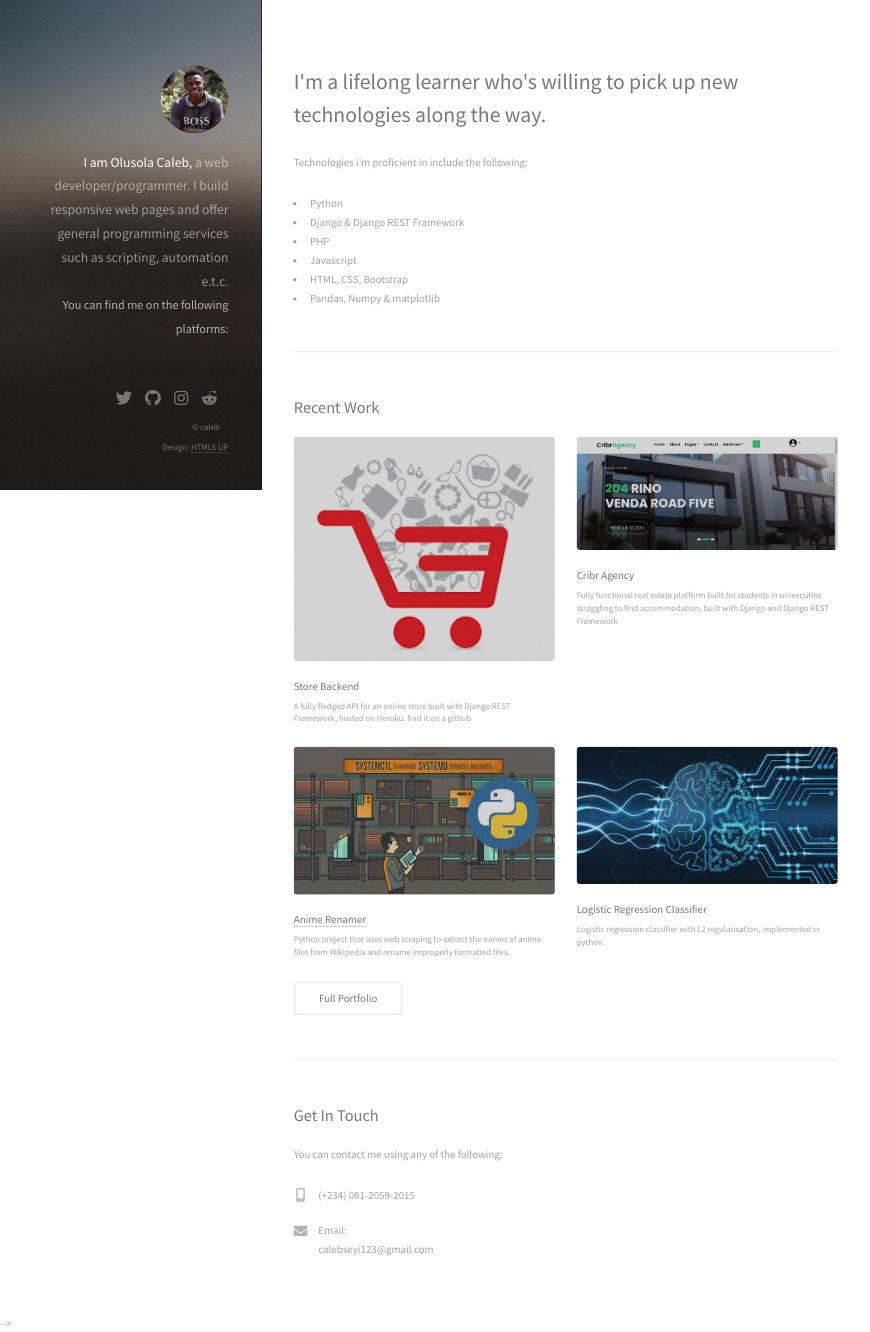
Repository: Caleb40/Caleb40.github.io
Page: index.html
The author's editor kept a copy of each file at every save. The page is drawn from the files as they stood at one save, then again after the next save.
The browser window is 1280 px wide. The pictures show the whole page, at 68% of full size.

Above is the page before, as saved 2022-08-15 16:03:33.

After the next save:
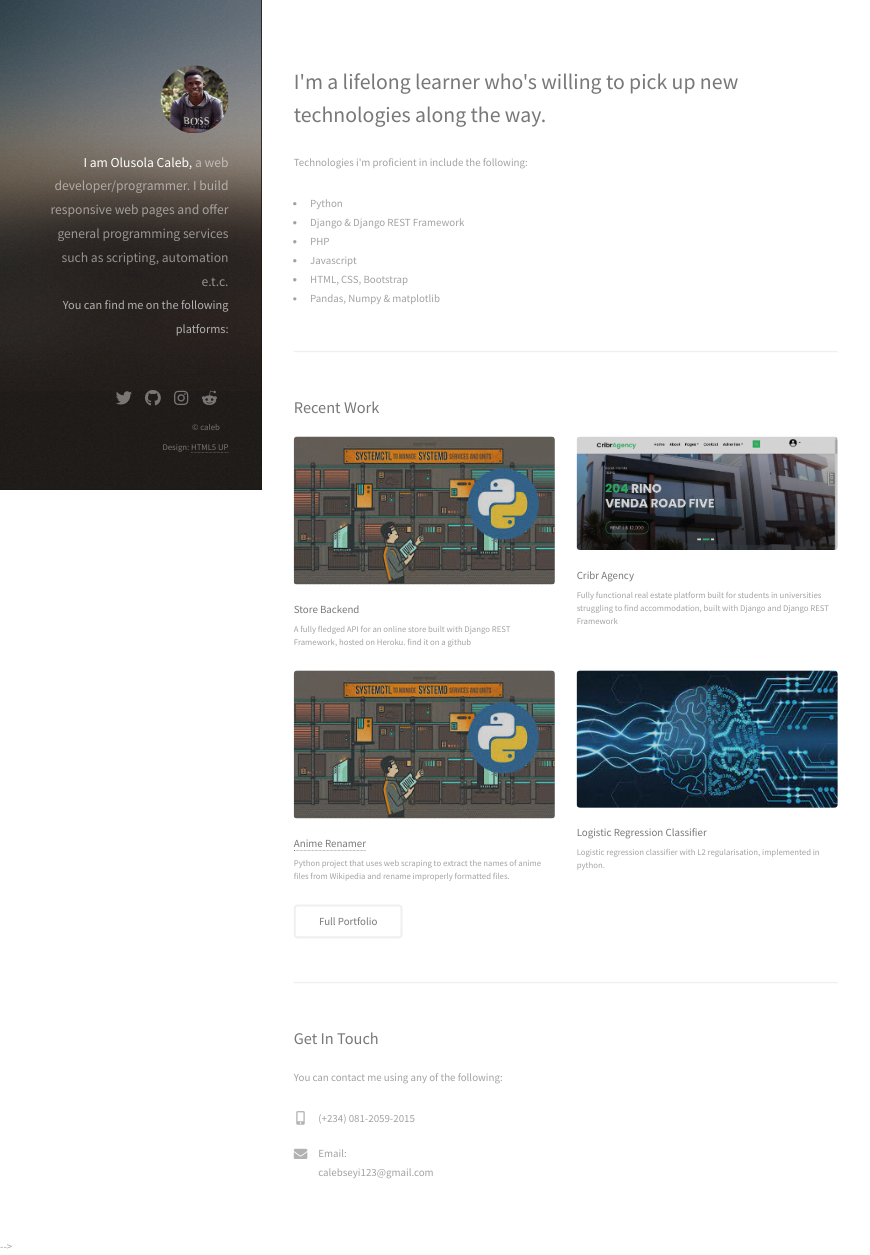
Saved 4 s later.
--- a/index.html
+++ b/index.html
@@ -52,7 +52,7 @@
 			<div class="row">
 				<article class="col-6 col-12-xsmall work-item">
 					<a href="images/images.jpeg" class="image fit thumb">
-						<img src="images/store_logo.png"alt=""/></a>
+						<img src="images/images.jpeg"alt=""/></a>
 					<h3>Store Backend</h3>
 					<p>A fully fledged API for an online store built with Django REST Framework, hosted on Heroku. find
 						it on a github</p>
